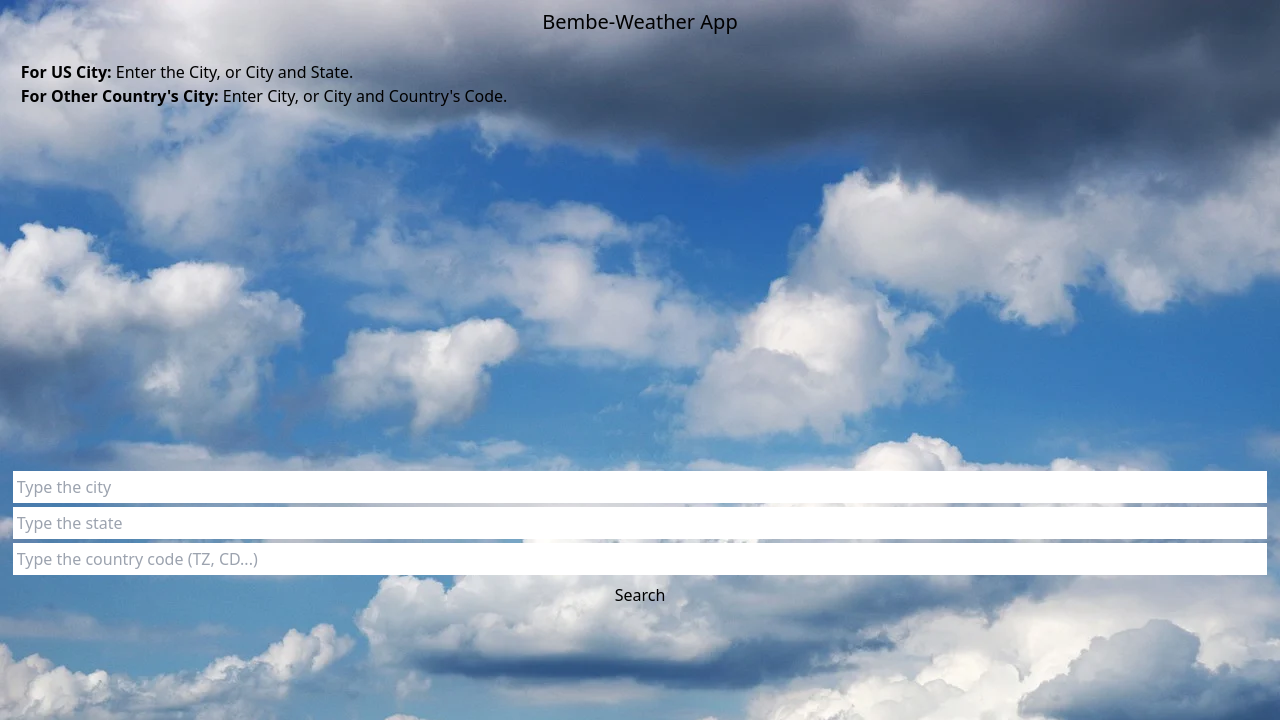
Repository: ShindanoSingi/bembe-weather
Page: /
The author's editor kept a copy of each file at every save. The page is drawn from the files as they stood at one save, then again after the next save.
The browser window is 1280 px wide. The pictures show the whole page.
The page's requests for data from a server got no answer. The project was rebuilt for these pictures with package versions that can differ from the ones it lists, and the page was loaded fresh each time. No one was signed in, and anything a server would have sent is missing.

Above is the page before, as saved 2022-09-14 23:42:27.

After the next save:
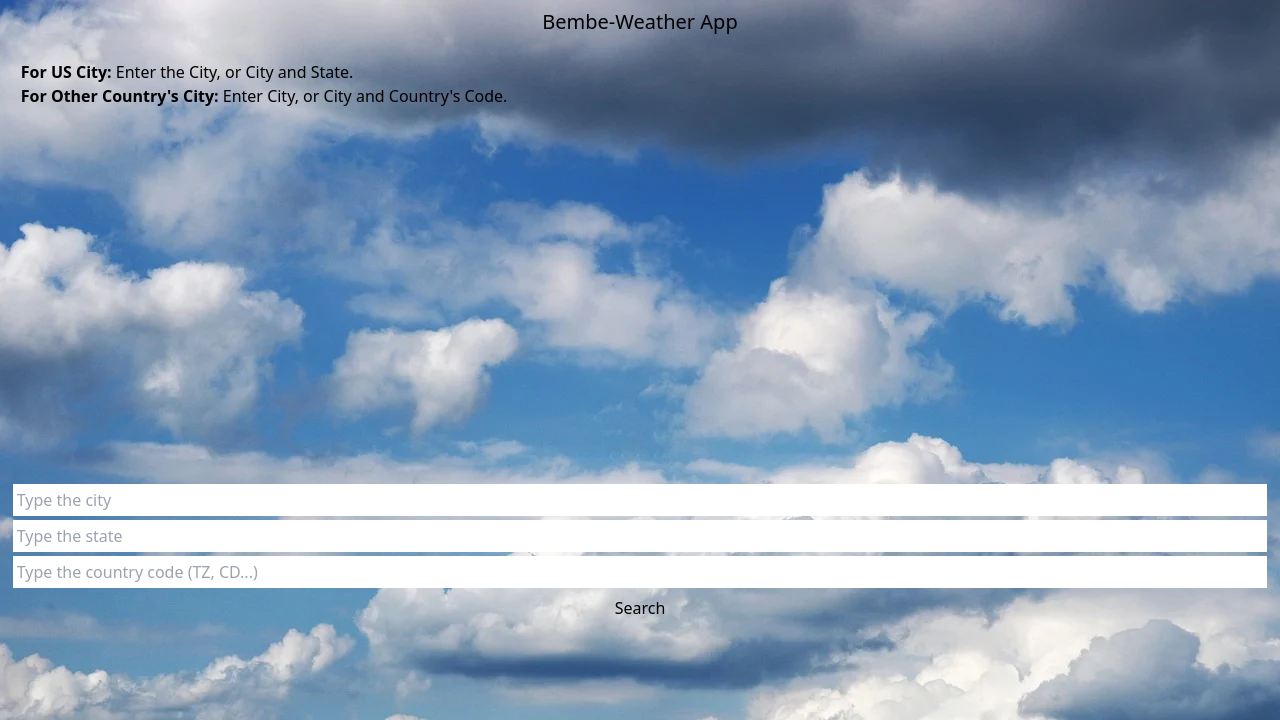
Saved 14 s later.
--- a/src/components/SearchForm.js
+++ b/src/components/SearchForm.js
@@ -10,7 +10,7 @@ const SearchForm = ({
   handleChangeCountry,
 }) => {
   return (
-    <div className="relative top-[18.2rem]">
+    <div className="relative top-[19rem]">
       <form className="form-container" onSubmit={handleSubmit} d-flex>
         <div className="flex flex-col items-center gap-1 form-container">
           <div className="flex flex-col gap-1">
